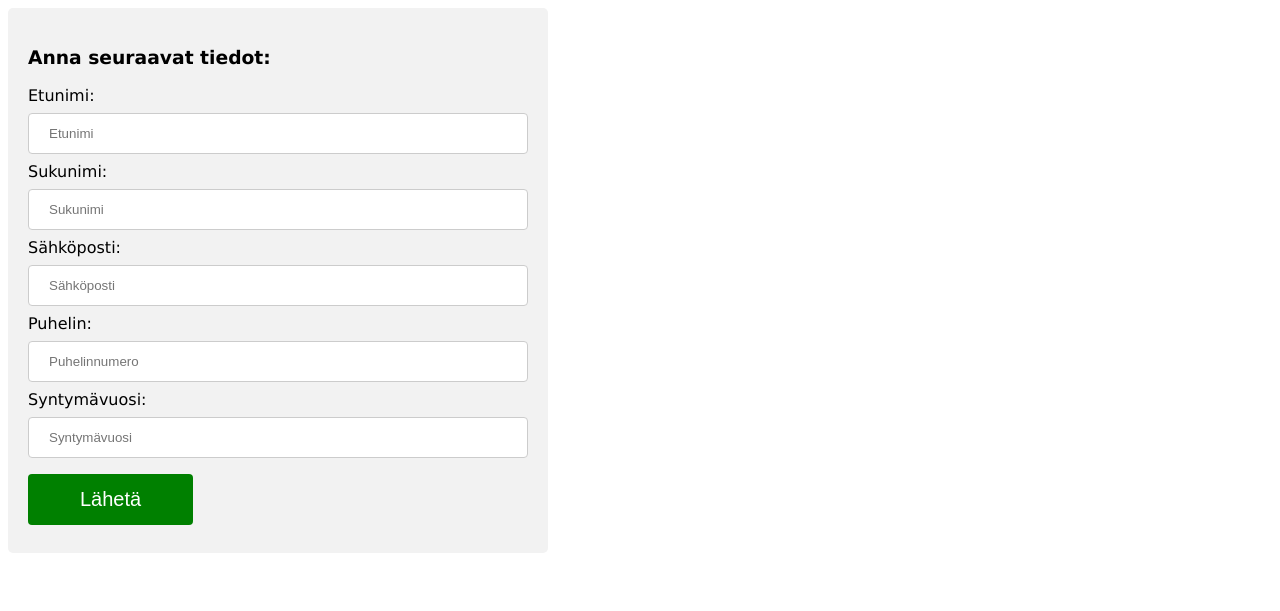
Repository: er-12/tehtava6
Page: http://localhost/t3/kysy.jsp
These files come from the project's save history. The page is drawn as it stood at one moment and after the next save; the edit follows.
The browser window is 1280 px wide. The pictures show the whole page.
The page is served by Tomcat 9.

Above is the page before, as saved 2021-04-17 11:22:03.

### t3/WebContent/kysy.jsp
<%@ page language="java" contentType="text/html; charset=UTF-8"
    pageEncoding="UTF-8"%>
<!DOCTYPE html>
<html>
<style>
input[type=text] {
  width: 100%;
  padding: 12px 20px;
  margin: 8px 0;
  display: inline-block;
  border: 1px solid #ccc;
  border-radius: 4px;
  box-sizing: border-box;
}

input[type=submit] {
  width: 33%;
  text-align: center;
  background-color: green;
  color: white;
  padding: 14px 20px;
  margin: 8px 0;
  border: none;
  border-radius: 4px;
  font-size: 125%;
}
div {
  border-radius: 5px;
  background-color: #f2f2f2;
  padding: 20px;
  width: 500px;
  font-family: Verdana;
}
</style>
<head>
<meta charset="UTF-8">
<title>Insert title here</title>
</head>
<body>
<div>
<h3>Anna seuraavat tiedot:</h3>
<form action="nayta.jsp" method="POST">
	<label for="etunimi">Etunimi:</label><br>
	<input type="text" name="etunimi" placeholder= "Etunimi"><br>
	<label for="fname">Sukunimi:</label><br>
	<input type="text" name="sukunimi" placeholder= "Sukunimi"><br>
	<label for="fname">Sähköposti:</label><br>
	<input type="text" name="sposti" placeholder= "Sähköposti"><br>
	<label for="fname">Puhelin:</label><br>
	<input type="text" name="puhelin" placeholder= "Puhelinnumero"><br>
	<label for="fname">Syntymävuosi:</label><br>
	<input type="text" name="vuosi" placeholder= "Syntymävuosi"><br>
	<input type="submit" value="Lähetä">
</form>
</div>
</body>
</html>
<!-- 2)	Tee sivulle kysy.jsp lomake, jossa pyydät käyttäjltä seuraavat tiedot:
a.	Etunimi
b.	Sukunimi
c.	Sähköposti
d.	Puhelin
e.	Syntymävuosi
 -->

After the next save:
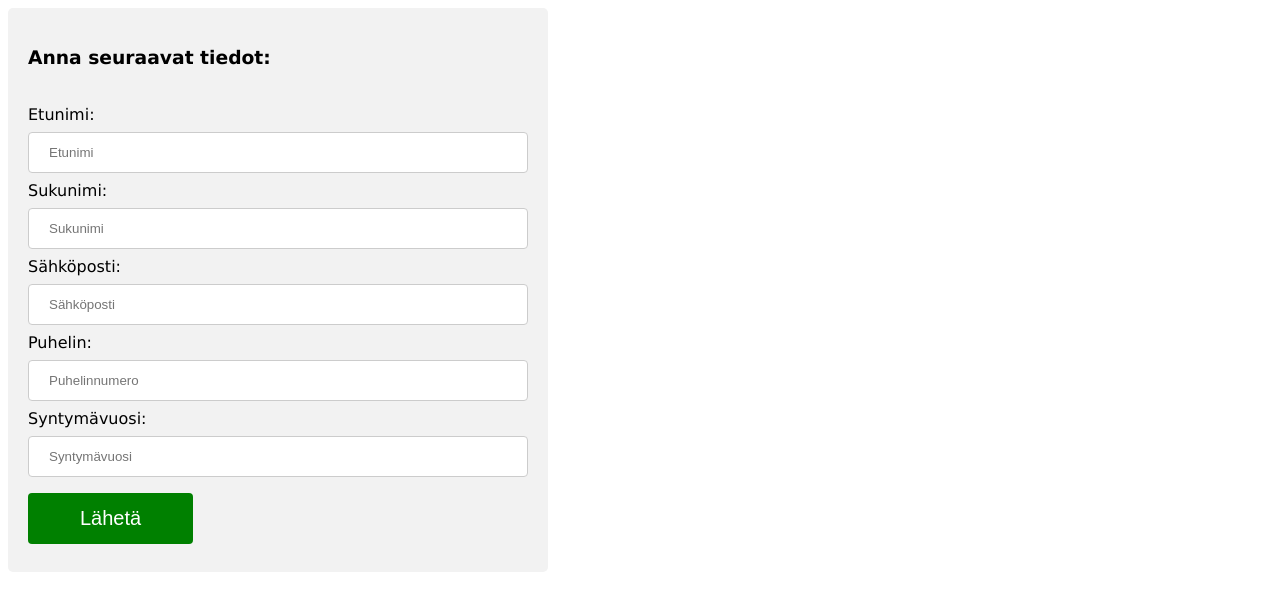
Saved 64 s later.
--- a/t3/WebContent/kysy.jsp
+++ b/t3/WebContent/kysy.jsp
@@ -38,7 +38,7 @@ div {
 </head>
 <body>
 <div>
-<h3>Anna seuraavat tiedot:</h3>
+<h3>Anna seuraavat tiedot:</h3><br>
 <form action="nayta.jsp" method="POST">
 	<label for="etunimi">Etunimi:</label><br>
 	<input type="text" name="etunimi" placeholder= "Etunimi"><br>
